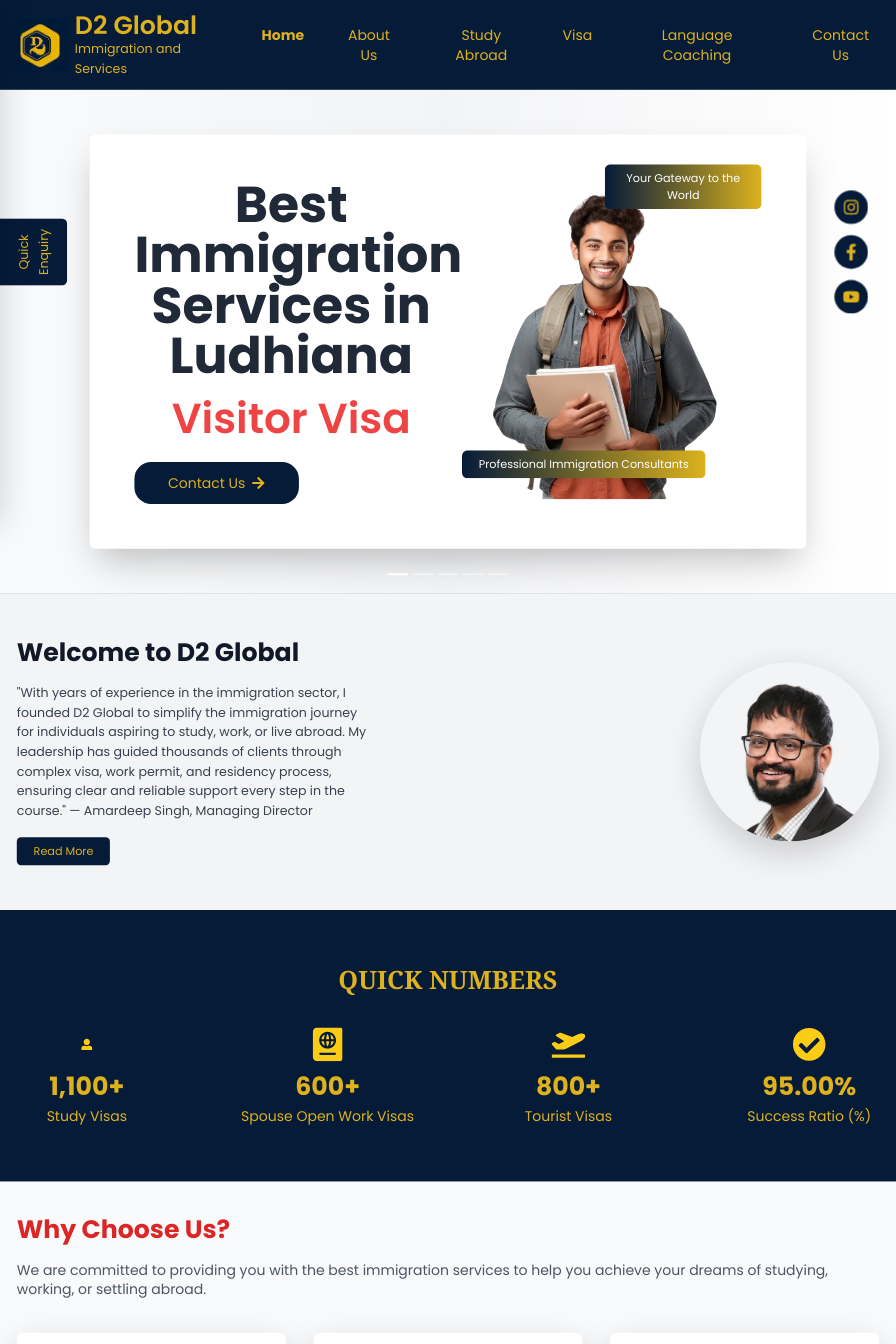
Repository: abhijeets54/d2globalbackup
Page: /
The author's editor kept a copy of each file at every save. The page is drawn from the files as they stood at one save, then again after the next save.
The browser window is 1280 px wide. The pictures show the part of the page from y = 0 to 1920 px (the page is 6727 px tall), at 70% of full size.
The page's requests for data from a server got no answer. The project was rebuilt for these pictures with package versions that can differ from the ones it lists, and the page was loaded fresh each time. No one was signed in, and anything a server would have sent is missing. Also part of the build but not shown: vite.config.js, src/components/Button.jsx, src/components/PostCard.jsx, src/components/Input.jsx, src/components/PopupForm.jsx, src/components/Events.jsx, src/components/People.jsx, src/Newsletter/NewsletterComponent.jsx and 28 more. Imported but missing from the stored project, and not drawn on this page: src/components/Donate/RestoftheWorld.jsx, src/components/Donate/WithInIndia.jsx, src/components/JoinUs.jsx, src/components/Projects/Awareness.jsx, src/components/Projects/Education.jsx, src/components/Projects/HumanitarianAid.jsx, src/components/ThreePillars.jsx, src/pages/Donate.jsx and 2 more.

Above is the page before, as saved 2024-10-03 13:51:26.

### index.html
<!doctype html>
<html lang="en">
  <head>
    <meta charset="UTF-8" />
    <link rel="icon" type="image/svg+xml" href="/logo.webp" />
    <meta name="viewport" content="width=device-width, initial-scale=1.0" />
    <link href="https://fonts.googleapis.com/css2?family=Gothic+A1&family=Inconsolata:wght@200..900&family=Mukta:wght@200;300;400;500;600;700;800&family=Poppins:ital,wght@0,100;0,200;0,300;0,400;0,500;0,600;0,700;0,800;0,900;1,100;1,200;1,300;1,400;1,500;1,600;1,700;1,800;1,900&display=swap" rel="stylesheet">

    <link href="https://cdn.jsdelivr.net/npm/bootstrap@5.3.3/dist/css/bootstrap.min.css" rel="stylesheet" integrity="sha384-QWTKZyjpPEjISv5WaRU9OFeRpok6YctnYmDr5pNlyT2bRjXh0JMhjY6hW+ALEwIH" crossorigin="anonymous">
    <link
  rel="stylesheet"
  href="https://cdnjs.cloudflare.com/ajax/libs/font-awesome/5.15.3/css/all.min.css"
/>
    <title>D2 Global</title>
  </head>
  <body class="bg-slate-400">
    <div id="root"></div>
    <script src="https://cdn.jsdelivr.net/npm/bootstrap@5.3.3/dist/js/bootstrap.bundle.min.js" integrity="sha384-YvpcrYf0tY3lHB60NNkmXc5s9fDVZLESaAA55NDzOxhy9GkcIdslK1eN7N6jIeHz" crossorigin="anonymous"></script>
    <script type="module" src="/src/main.jsx"></script>
  </body>
</html>

### src/App.jsx
import React, { useState, useEffect } from 'react'
import './App.css'
import { Footer, Header } from './components'
import { Outlet } from 'react-router-dom'


function App() {
  const [loading, setLoading] = useState(false)

  return !loading ? (
    <div className='min-h-screen flex flex-wrap content-between bg-gray-400'>
      <div className='w-full block'>
        <Header />
        <main>
        <Outlet />
        </main>
        <Footer />
      </div>
    </div>
  ) : null
}

export default App

### src/index.css
@tailwind base;
@tailwind components;
@tailwind utilities;

@keyframes slideIn {
    from {
      transform: translateX(100%);
      opacity: 0;
    }
    to {
      transform: translateX(0);
      opacity: 1;
    }
  }

  .slide-in {
    animation: slideIn 0.5s ease-out;
  }
  /* Animation for sliding content */
.slide-enter {
    transform: translateX(100%);
    opacity: 0;
  }

  .slide-enter-active {
    transform: translateX(0);
    opacity: 1;
    transition: transform 0.3s ease-in-out, opacity 0.3s ease-in-out;
  }

  .slide-exit {
    transform: translateX(0);
    opacity: 1;
  }

  .slide-exit-active {
    transform: translateX(-100%);
    opacity: 0;
    transition: transform 0.3s ease-in-out, opacity 0.3s ease-in-out;
  }

  /* Custom CSS to hide the scrollbar */
.scrollbar-hide::-webkit-scrollbar {
    display: none;
  }

  .scrollbar-hide {
    -ms-overflow-style: none; /* IE and Edge */
    scrollbar-width: none; /* Firefox */
  }

  @layer utilities {
    @keyframes slideIn {
      from {
        opacity: 0;
        transform: translateX(100%);
      }
      to {
        opacity: 1;
        transform: translateX(0);
      }
    }

    .animate-slide-in {
      animation: slideIn 0.7s ease-out forwards;
    }
  }
  /* Optional: Add custom animations */
@keyframes move-plane {
  from {
    transform: translateY(0);
  }
  to {
    transform: translateY(500px); /* Adjust this value based on the desired movement */
  }
}
@keyframes slideInLeft {
  from {
    transform: translateX(-100%);
    opacity: 0;
  }
  to {
    transform: translateX(0);
    opacity: 1;
  }
}

@keyframes slideInRight {
  from {
    transform: translateX(100%);
    opacity: 0;
  }
  to {
    transform: translateX(0);
    opacity: 1;
  }
}

.slide-in-left {
  animation: slideInLeft 0.5s forwards;
}

.slide-in-right {
  animation: slideInRight 0.5s forwards;
}
@media (max-width: 768px) {
  .left-slide, .right-slide {
    left: -80px; /* Adjust for smaller screens */
    transform: translateX(-5px); /* Adjust for spacing */
  }
}

@media (max-width: 480px) {
  .left-slide, .right-slide {
    left: -60px; /* Adjust for mobile screens */
    transform: translateX(-3px); /* Adjust for spacing */
  }

  .w-56 {
    width: 90% !important; /* Full width on mobile */
  }

  .w-64 {
    width: 90% !important; /* Full width on mobile */
  }
}

@keyframes slide-left {
  from {
    transform: translateX(-100%);
  }
  to {
    transform: translateX(0);
  }
}

@keyframes slide-right {
  from {
    transform: translateX(100%);
  }
  to {
    transform: translateX(0);
  }
}

.animate-slide-left {
  animation: slide-left 0.5s ease-in-out;
}

.animate-slide-right {
  animation: slide-right 0.5s ease-in-out;
}

/* In your CSS file */
.blurred-bg {
  background-image: url('/path-to-your-image.jpg'); /* Background image */
  background-size: cover;
  background-position: center;
  filter: blur(8px); /* Adjust blur as needed */
  position: absolute;
  top: 0;
  left: 0;
  right: 0;
  bottom: 0;
  z-index: -1; /* Send it behind other content */
}

### src/pages/Home.jsx
import React, { useState } from 'react';
import { useNavigate } from 'react-router-dom';
import Collage from '../components/Collage';
import OurAssociates from '../components/OurAssociates';
import QuickNumbers from '../components/QuickNumbers';
import WhatPeopleAreSaying from '../components/WhatPeopleAreSaying';

import Register from '../components/Register';

import About from '../components/About';
import Offer from '../components/Offer';
import Countries from '../components/Countries';
import PopupForm from '../components/PopupForm';
import Events from '../components/Events';
import QuickEnquiry from '../components/ContactUs/QuickEnquiry';
import Choose from '../components/Choose';
import People from '../components/People';
import CollageWithAnimations from '../components/CollageWithAnimations';
function Home() {
  const navigate = useNavigate();
  const [showFullText, setShowFullText] = useState(false);

  const handleReadMore = () => {
    navigate('/About');
  };

  const handleMoreAboutUs = () => {
    setShowFullText(!showFullText);
  };

  return (
    <>
   {/* <CollageWithAnimations/> */}
      {/* <PopupForm /> */}
      <QuickEnquiry />
      <Collage />

        <About />
        {/* <People/> */}
        <QuickNumbers />
        <Choose/>
        <Offer />

        {/* <Timeline /> */}



            <Countries />


            <OurAssociates />

          <WhatPeopleAreSaying />
          {/* <Events /> */}

          <Register />


    </>
  );
}

export default Home;

### src/components/About.jsx
import React, { useEffect, useState, useRef } from 'react';
import { useNavigate } from 'react-router-dom';

const About = () => {
  const [slideIn, setSlideIn] = useState(false);
  const aboutSectionRef = useRef(null);
  const navigate = useNavigate();

  useEffect(() => {
    const observer = new IntersectionObserver(
      (entries) => {
        entries.forEach((entry) => {
          if (entry.isIntersecting) {
            setSlideIn(true);
          }
        });
      },
      {
        threshold: 0.3,
      }
    );

    if (aboutSectionRef.current) {
      observer.observe(aboutSectionRef.current);
    }

    return () => {
      if (aboutSectionRef.current) {
        observer.unobserve(aboutSectionRef.current);
      }
    };
  }, []);

  const handleReadMore = () => {
    navigate('/AboutUs');
  };

  return (
    <div ref={aboutSectionRef} className="flex items-center justify-center bg-gray-100 py-12 md:py-16">
      <div className="container mx-auto flex flex-col md:flex-row items-center justify-between px-4">

        {/* Sliding Text Content */}
        <div
          className={`transform transition-transform duration-1000 ${
            slideIn ? 'translate-x-0' : '-translate-x-full'
          } mt-8 md:mt-0 md:mr-10 max-w-lg text-left md:text-left`}
        >
          <h2 className="text-3xl md:text-4xl  font-bold mb-4 text-gray-900">Welcome to D2 Global</h2>
          <p className="text-base md:text-lg text-gray-700">
          "With years of experience in the immigration sector, I founded D2 Global to simplify the immigration journey for individuals aspiring to study, work, or live abroad. My leadership has guided thousands of clients through complex visa, work permit, and residency process, ensuring clear and reliable support every step in the course."

— Amardeep Singh, Managing Director
          </p>

          {/* Read More Button */}
          <button
            onClick={handleReadMore}
            className="mt-4 inline-block bg-customBlue text-customYellow px-6 py-2 rounded-md hover:bg-blue-600 transition-colors duration-300"
          >
            Read More
          </button>
        </div>

      {/* Sliding Image */}
<div
  className={`transform transition-transform duration-1000 ${
    slideIn ? 'translate-x-0' : 'translate-x-full'
  } mt-8 md:mt-0`}
>
  <img
    src="amar.webp"
    alt="Profile"
    className="rounded-full shadow-lg w-48 h-48 md:w-64 md:h-64 object-cover object-top mx-auto md:mx-0"
    style={{ objectPosition: 'top center' }} // This will center the face more
  />
</div>


      </div>
    </div>
  );
};

export default About;

### src/components/Layout.jsx
// src/components/Layout.jsx
import React from 'react';
import { Outlet, useNavigate } from 'react-router-dom';

const Layout = () => {
  const navigate = useNavigate();

  const handleDonateClick = () => {
    navigate('/Donate');
  };

  return (
    <div>
      <Outlet />
      {/* <a
        href="#top"
        className="fixed right-2 bottom-16 bg-blue-950 text-white hover:bg-yellow-500 py-1 px-2 rounded-2 h-8 w-10 mt-2"
        style={{ zIndex: 1000 }}
      >
        <img src="../../IOC Website pictures/icons8-top-50.png" alt="Go to top " />
      </a> */}
    </div>
  );
};

export default Layout;

### src/components/OurAssociates.jsx
import React from 'react';
import 'tailwindcss/tailwind.css';

const logos = [
  '/oxford.webp',
  '/regent.webp',
  '/webster.webp',
  '/avila.svg',
  '/iau.webp',
  '/bcnlip.webp',
  '/camino.webp',
  '/ihmgs.webp',
  '/uclan.webp',
  '/aura.webp',
  '/lyon.webp'
];

function OurAssociates() {
  return (
    <div className="bg-white py-8">
      <h4 className="text-center text-blue-950 mt-3 text-3xl font-semibold">OUR PARTNERS</h4>
      <br />
      <div className="overflow-hidden relative">
        <div className="flex animate-scroll1 space-x-4 sm:space-x-6 lg:space-x-8">
          {logos.concat(logos).map((logo, index) => (
            <div key={index} className="flex-shrink-0">
              <img
                src={logo}
                alt={`Logo ${index + 1}`}
                className="h-24 w-24 sm:h-32 sm:w-32 lg:h-40 lg:w-40 object-contain"
              />
            </div>
          ))}
        </div>
      </div>
    </div>
  );
}

export default OurAssociates;

### src/components/QuickNumbers.jsx
import React, { useEffect, useState, useRef } from 'react';
import CountUp from 'react-countup';
import { FaUserAlt, FaPassport, FaPlaneDeparture, FaCheckCircle } from 'react-icons/fa';
import 'tailwindcss/tailwind.css';

const data = [
  {
    icon: <FaUserAlt className="h-12 w-12++ text-yellow-400 mb-2" />,
    number: 1100,
    label: 'Study Visas'
  },
  {
    icon: <FaPassport className="h-12 w-12 text-yellow-400 mb-2" />,
    number: 600,
    label: 'Spouse Open Work Visas'
  },
  {
    icon: <FaPlaneDeparture className="h-12 w-12 text-yellow-400 mb-2" />,
    number: 800,
    label: 'Tourist Visas'
  },
  {
    icon: <FaCheckCircle className="h-12 w-12 text-yellow-400 mb-2" />,
    number: 95,
    label: 'Success Ratio (%)',
    isDecimal: true,
  }
];

function QuickNumbers() {
  const [showCounts, setShowCounts] = useState(false);
  const quickNumbersRef = useRef(null);

  useEffect(() => {
    const observer = new IntersectionObserver(
      (entries) => {
        if (entries[0].isIntersecting) {
          setShowCounts(true);
        }
      },
      { threshold: 0.2 }
    );

    if (quickNumbersRef.current) {
      observer.observe(quickNumbersRef.current);
    }

    return () => {
      if (quickNumbersRef.current) {
        observer.unobserve(quickNumbersRef.current);
      }
    };
  }, []);

  return (
    <div ref={quickNumbersRef} className="bg-customBlue py-8 w-full">
      <h2 className="text-center text-2xl sm:text-4xl font-serif font-extrabold text-customYellow pt-5 mb-8">
        QUICK NUMBERS
      </h2>

      {/* Responsive Grid Layout */}
      <div className="grid grid-cols-1 sm:grid-cols-2 lg:grid-cols-4 gap-8 lg:gap-24 mt-5 pb-5">
        {data.map((item, index) => (
          <div key={index} className="text-center text-customYellow flex flex-col items-center">
            <div className="quicknumber flex flex-col justify-center items-center">
              <div className="icon mb-2">{item.icon}</div>
              <h3 className="text-2xl sm:text-4xl font-bold">
                {showCounts && (
                  <CountUp
                    end={item.number}
                    duration={7}
                    decimals={item.isDecimal ? 2 : 0}
                    suffix={item.isDecimal ? "%" : "+"}
                  />
                )}
              </h3>
              <p className="mt-2 text-base sm:text-xl">{item.label}</p>
            </div>
          </div>
        ))}
      </div>
    </div>
  );
}

export default QuickNumbers;

### src/components/Offer.jsx
import React from 'react';
import { Link } from 'react-router-dom';
import 'tailwindcss/tailwind.css';

function Offer() {
  const studyAbroadImageUrl = '/student.webp'; // Update with actual image URL
  const ieltsPteImageUrl = '/ielts3.webp'; // Update with actual image URL
  const touristVisaImageUrl = '/tourist.webp'; // Update with actual image URL

  return (
    <div className="mx-auto bg-customBlue
    0 p-6 md:p-10 shadow">
      <h4 className="text-center text-customBlue mt-3 text-xl"></h4>
      <h2 className="text-center text-3xl font-serif  text-customYellow sm:text-4xl mt-3  font-extrabold mb-10 md:mb-16">What We Offer</h2>

      <div className="grid grid-cols-1 sm:grid-cols-2 md:grid-cols-3 gap-6">
        {/* First card: Study Abroad */}
        <div className="col cursor-pointer transform transition-transform hover:scale-105">
          <Link to="/StudyAbroad">
            <div className="card h-full bg-white rounded-lg shadow overflow-hidden">
              <img
                src={studyAbroadImageUrl}
                className="w-full h-52 sm:h-64 md:h-72 object-cover"
                alt="Study Abroad"
              />
              <div className="p-4">
                <h5 className="text-center text-lg sm:text-xl font-bold">Study Abroad</h5>
              </div>
            </div>
          </Link>
        </div>

        {/* Second card: IELTS/PTE */}
        <div className="col cursor-pointer transform transition-transform hover:scale-105">
          <Link to="/Training">
            <div className="card h-full bg-white rounded-lg shadow overflow-hidden">
              <img
                src={ieltsPteImageUrl}
                className="w-full h-52 sm:h-64 md:h-72 object-cover"
                alt="IELTS/PTE"
              />
              <div className="p-4">
                <h5 className="text-center text-lg sm:text-xl font-bold">Language Coaching</h5>
              </div>
            </div>
          </Link>
        </div>

        {/* Third card: Tourist Visa */}
        <div className="col cursor-pointer transform transition-transform hover:scale-105">
          <Link to="/TouristVisa">
            <div className="card h-full bg-white rounded-lg shadow overflow-hidden">
              <img
                src={touristVisaImageUrl}
                className="w-full h-52 sm:h-64 md:h-72 object-cover"
                alt="Tourist Visa"
              />
              <div className="p-4">
                <h5 className="text-center text-lg sm:text-xl font-bold">Tourist Visa</h5>
              </div>
            </div>
          </Link>
        </div>
      </div>
    </div>
  );
}

export default Offer;

### src/components/CollageWithAnimations.jsx
import React, { useEffect, useState } from 'react';
import { motion } from 'framer-motion';
import { FaArrowRight } from 'react-icons/fa';
import { useNavigate } from 'react-router-dom';

const CollageWithAnimations = () => {
  const navigate = useNavigate();
  const [displayedText, setDisplayedText] = useState('');
  const [textIndex, setTextIndex] = useState(0);
  const texts = ['Study Visa', 'Permanent Residency', 'Visitor Visa', 'Tourist Visa', 'IELTS Coaching', 'PTE Coaching'];
  const slideInDuration = 0.5;

  useEffect(() => {
    const changeText = () => {
      setDisplayedText(texts[textIndex]);
    };

    changeText();
  }, [textIndex]);

  useEffect(() => {
    const textChangeInterval = setInterval(() => {
      setTextIndex((prevIndex) => (prevIndex + 1) % texts.length);
    }, 3000);

    return () => clearInterval(textChangeInterval);
  }, []);

  return (
    <div className="relative w-full h-screen flex flex-col lg:flex-row items-center justify-center bg-gradient-to-r from-gray-50 via-gray-100 to-white">
      {/* 3D Box Container with increased size */}
      <div className="relative w-full lg:w-4/5 bg-white shadow-2xl rounded-lg p-10 lg:p-16 flex flex-col lg:flex-row items-center justify-between">

        {/* Text Section */}
        <div className="w-full lg:w-1/2 text-center lg:text-left relative z-10">
          <h1 className="text-4xl md:text-5xl lg:text-7xl font-bold text-gray-800">
            Best Immigration Services in Ludhiana
          </h1>
          <motion.h2
            className="text-3xl md:text-4xl lg:text-6xl font-semibold mt-4 text-red-500"
            initial={{ x: -50, opacity: 0 }}
            animate={{ x: 0, opacity: 1 }}
            exit={{ x: -50, opacity: 0 }}
            transition={{ duration: slideInDuration }}
          >
            {displayedText}
          </motion.h2>
          <button
            className="px-5 py-3 md:px-8 md:py-4 bg-customBlue text-customYellow rounded-3xl text-base md:text-xl flex items-center justify-center mt-8"
            onClick={() => navigate('/Contactpage')}
          >
            Contact Us
            <FaArrowRight className="ml-2 text-customYellow" />
          </button>
        </div>

        {/* Image Section */}
        <div className="relative w-full lg:w-1/2 flex justify-center items-center mt-8 lg:mt-0 z-10">
          <motion.img
            src="/student.png"
            alt="Student with backpack"
            className="h-64 sm:h-72 md:h-80 lg:h-[450px]"
            initial={{ opacity: 0, x: 50 }}
            animate={{ opacity: 1, x: 0 }}
            transition={{ duration: 0.5 }}
          />

          {/* Box at the top left near the image */}
          <motion.div
            className="absolute -top-6 left-2 py-2 px-4 lg:left-56 p-2 sm:p-4 bg-gradient-to-r from-customBlue to-customYellow rounded-lg text-white text-sm sm:text-base"
            animate={{ y: [0, -10, 0] }}
            transition={{ duration: 1, repeat: Infinity }}
          >
            Your Gateway to the World
          </motion.div>

          {/* Box at the bottom right near the image */}
          <motion.div
            className="absolute bottom-6 right-4 lg:right-20 py-2 px-4 sm:p-4 bg-gradient-to-r from-customBlue to-customYellow rounded-lg text-white text-sm sm:text-base"
            animate={{ y: [0, -10, 0] }}
            transition={{ duration: 1, repeat: Infinity, delay: 0.5 }}
          >
            Professional Immigration Consultants
          </motion.div>
        </div>
      </div>
    </div>
  );
};

export default CollageWithAnimations;

### src/components/container/Container.jsx
import React from 'react'

function Container({ children }) {
  return <div className='w-full'>{children}</div>
}

export default Container

### src/components/Logo.jsx
import React from 'react';
import logo from '/logo.webp'; // Adjust path as necessary

function Logo() {
  return (
    <div>
      <img src={logo} alt="logo" height={75} width={75}/>
    </div>
  );
}

export default Logo;

Loaded but not shown: tailwind.config.js (35 lines, source omitted); src/components/index.js (19 lines, source omitted); src/components/Header/Header.jsx (265 lines, source omitted); src/components/Collage.jsx (193 lines, source omitted); src/components/ContactUs/QuickEnquiry.jsx (202 lines, source omitted); src/components/Countries.jsx (133 lines, source omitted); src/components/Register.jsx (175 lines, source omitted); src/components/Choose.jsx (155 lines, source omitted); src/main.jsx (100 lines, source omitted); src/components/WhatPeopleAreSaying.jsx (112 lines, source omitted); src/components/ContactUs/ContactUs.jsx (85 lines, source omitted); src/App.css (212 lines, source omitted)

After the next save:
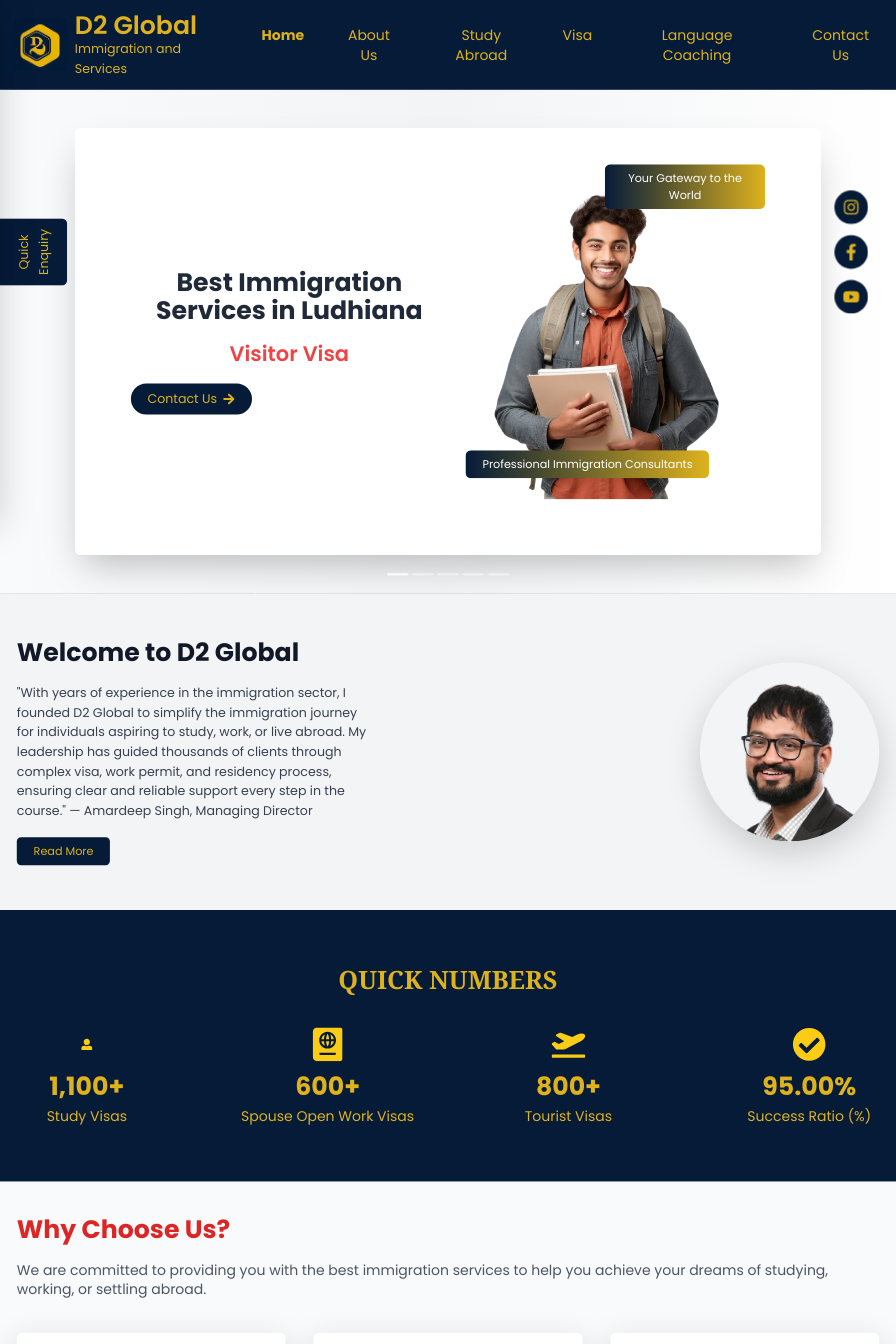
Saved 3 min 14 s later.
--- a/src/components/CollageWithAnimations.jsx
+++ b/src/components/CollageWithAnimations.jsx
@@ -28,16 +28,16 @@
 
   return (
     <div className="relative w-full h-screen flex flex-col lg:flex-row items-center justify-center bg-gradient-to-r from-gray-50 via-gray-100 to-white">
-      {/* 3D Box Container with increased size */}
-      <div className="relative w-full lg:w-4/5 bg-white shadow-2xl rounded-lg p-10 lg:p-16 flex flex-col lg:flex-row items-center justify-between">
+      {/* Larger 3D Box Container */}
+      <div className="relative w-full lg:w-5/6 bg-white shadow-2xl rounded-lg p-12 lg:p-20 flex flex-col lg:flex-row items-center justify-between">
 
-        {/* Text Section */}
+        {/* Text Section with smaller font sizes */}
         <div className="w-full lg:w-1/2 text-center lg:text-left relative z-10">
-          <h1 className="text-4xl md:text-5xl lg:text-7xl font-bold text-gray-800">
+          <h1 className="text-2xl md:text-3xl lg:text-4xl font-bold text-gray-800">
             Best Immigration Services in Ludhiana
           </h1>
           <motion.h2
-            className="text-3xl md:text-4xl lg:text-6xl font-semibold mt-4 text-red-500"
+            className="text-xl md:text-2xl lg:text-3xl font-semibold mt-4 text-red-500"
             initial={{ x: -50, opacity: 0 }}
             animate={{ x: 0, opacity: 1 }}
             exit={{ x: -50, opacity: 0 }}
@@ -46,7 +46,7 @@
             {displayedText}
           </motion.h2>
           <button
-            className="px-5 py-3 md:px-8 md:py-4 bg-customBlue text-customYellow rounded-3xl text-base md:text-xl flex items-center justify-center mt-8"
+            className="px-4 py-2 md:px-6 md:py-3 bg-customBlue text-customYellow rounded-3xl text-sm md:text-lg flex items-center justify-center mt-6"
             onClick={() => navigate('/Contactpage')}
           >
             Contact Us
